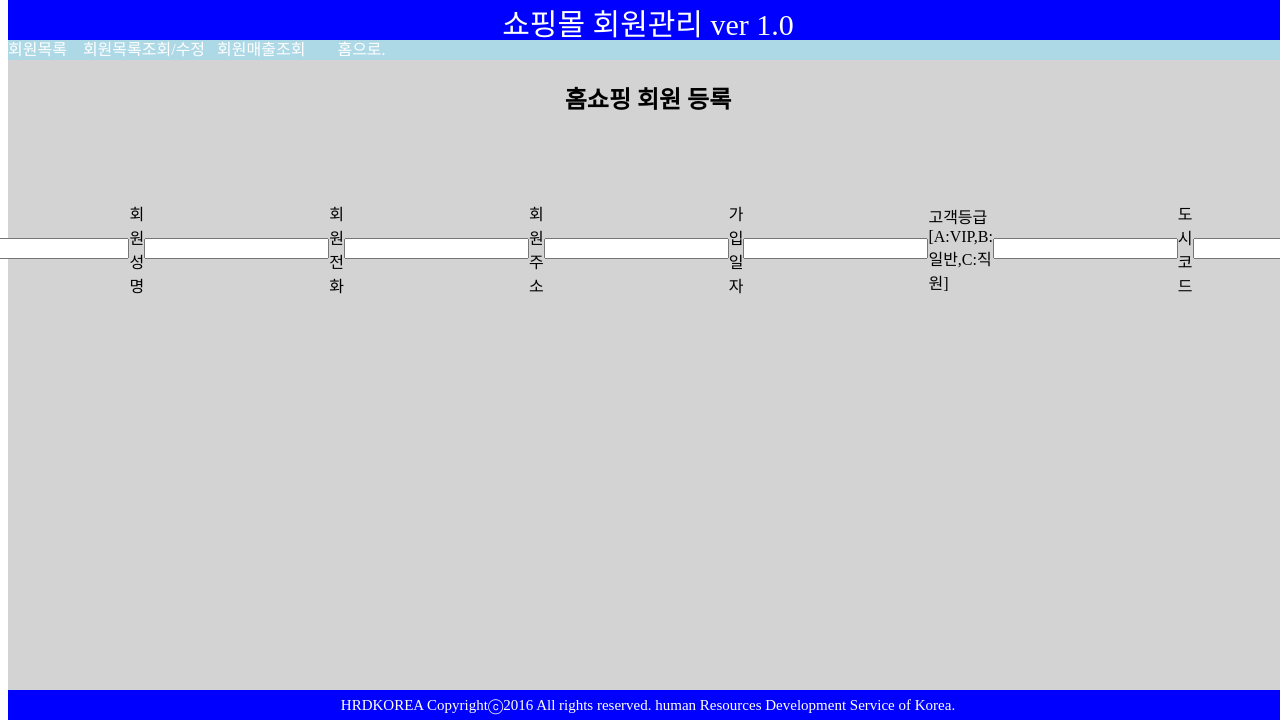
Repository: RnfElwl/youtube_infoT
Page: http://localhost/HRD_30812/join.jsp
An editor plug-in stored every save of this project. The page is shown before and after the next save, followed by the edit.
The browser window is 1280 px wide. The pictures show the whole page.
The page is served by Tomcat 9.

Above is the page before, as saved 2022-03-11 13:44:14.

After the next save:
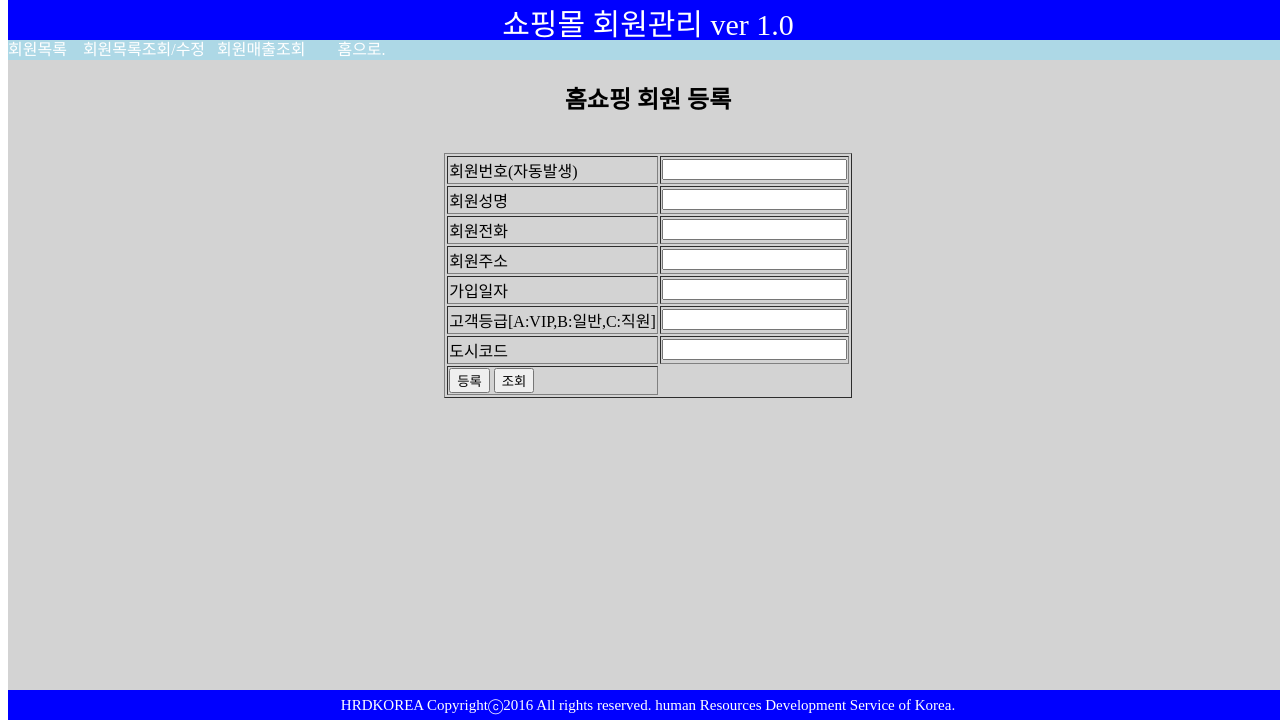
Saved 3 min 7 s later.
--- a/HRD_30812/src/main/webapp/join.jsp
+++ b/HRD_30812/src/main/webapp/join.jsp
@@ -11,7 +11,7 @@
 	<section style="position:fixed; top:60px; width:100%; height:100%; background-color:lightgray ">
 	 <h2 style="text-align:center">홈쇼핑 회원 등록</h2><br>
 	 <form name="frm" style="display:flex; justify-content: center; align-items: center;">
-	 <table border="1"></table>
+	 <table border="1">
 	 <tr>
 	 	<td>회원번호(자동발생)</td>
 	 	<td><input type="text" name="custnum"></td>
@@ -41,9 +41,12 @@
 	 	<td><input type="text" name="city"></td>
 	 </tr>
 	 <tr>
-	 	<td></td>
-	 	<td></td>
+	 	<td>
+	 		<input type="submit" value="등록">
+	 		<input type="button" value="조회">
+	 	</td>
 	 </tr>
+	 </table>
 	 </form>
 	 </section>
 	 <jsp:include page="footer.jsp"></jsp:include>
